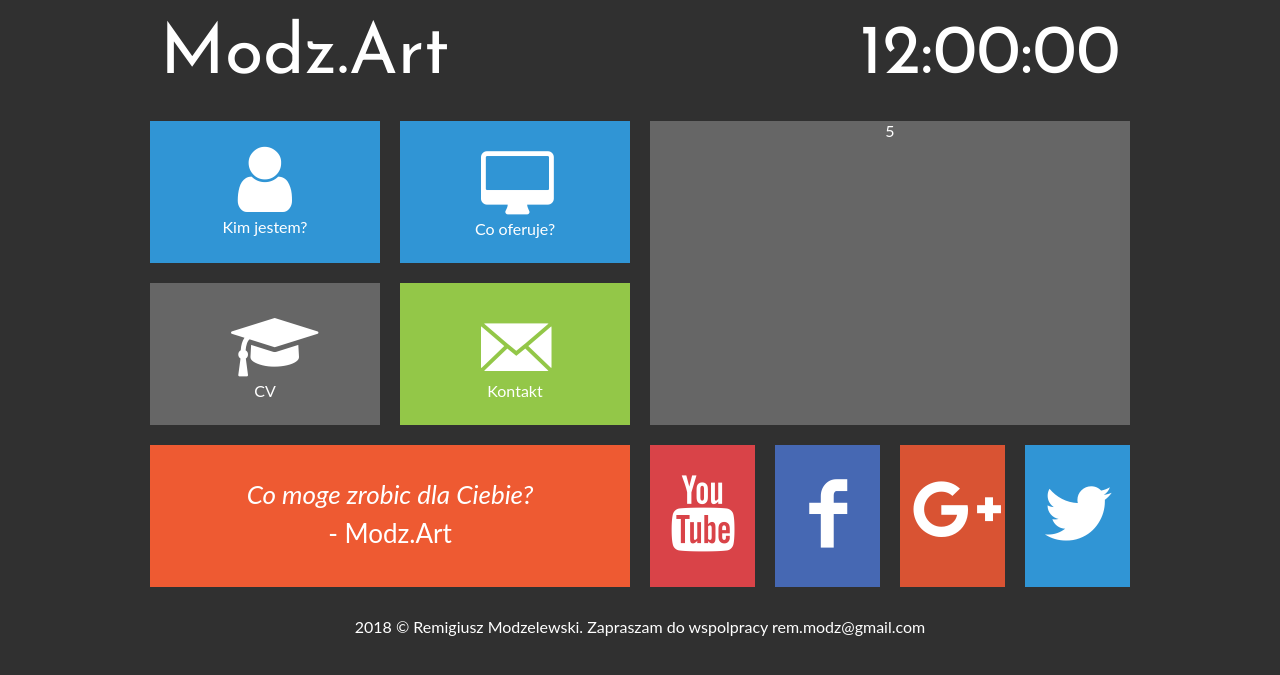
Repository: RemModz/Portfolio
Page: index.html
An editor plug-in stored every save of this project. The page is shown before and after the next save, followed by the edit.
The browser window is 1280 px wide. The pictures show the whole page.
The pointer rests on the first visible `.tile2`.

Above is the page before, as saved 2018-11-02 18:22:22.

### index.html
<!DOCTYPE html>
<html lang="en">
<head>
    <meta charset="UTF-8">
    <meta name="viewport" content="width=device-width, initial-scale=1.0">
    <meta http-equiv="X-UA-Compatible" content="ie=edge">
    <title>ModzArt - Portfolio</title>
    <meta name='description' content="Portfolio z tworczoscia Remka Modzelewskiego"/>
    <meta name='keywords' content="webdesign, webgraphics, drawing and vector art"/>

    <link rel="stylesheet" href="style.css" type="text/css"/>
    <link rel="stylesheet" href="/fontello/css/fontello.css" type="text/css"/>
    <link href="https://fonts.googleapis.com/css?family=Josefin+Sans&amp;subset=latin-ext" rel="stylesheet">
</head>
<body>
    <div id="container">

        <div class="rectangle">
            <div id="logo">Modz.Art</div>
            <div id="zegar">12:00:00</div>
            <div style="clear:both;"></div>
        </div>

        <div class="square">
            <div class="tile1">
                <i class="icon-user"></i><br />Kim jestem?
            </div>
            <div class="tile1">
                 <i class="icon-desktop"></i><br />Co oferuje?
                            </div>
            <div style="clear:both;"></div>

            <div class="tile2"><i class="icon-graduation-cap"></i><br />CV</div>
            <div class="tile3"><i class="icon-email"></i><br />Kontakt</div>
            <div style="clear:both;"></div>

            <div class="tile4"><i>Co moge zrobic dla Ciebie? </i><br /> - Modz.Art</div>
        </div>

        <div class="square">
            <div class="tile5">5</div>
            <div class="yt">
                <i class="icon-youtube"></i>
            </div>
            <div class="fb"><i class="icon-facebook"></i></div>
            <div class="gplus"><i class="icon-gplus"></i></div>
            <div class="tw"><i class="icon-twitter"></i></div>
            <div style="clear:both;"></div>



        </div>

        <div style="clear:both;"></div>

        <div class="rectangle"> 2018 &copy; </i> Remigiusz Modzelewski. Zapraszam do wspolpracy rem.modz@gmail.com </div>
    </div>
</body>
</html>

### style.css
body {
    background-color: #303030;
    color: #ffffff;
    font-family: 'Lato', sans-serif;
    font-size: 20px'
}

#container {
    width: 1000px;
    margin-left: auto;
    margin-right: auto;
}

.rectangle {
    width: 960PX;
    margin: 20pX;
    text-align: center;
}

.square {
    width: 50%;
    float: left;
}

#logo {
    float: left;
    font-family: 'Josefin Sans', sans-serif;
    font-size: 70px;
    width: 600;
    text-align: left;
}

#zegar {
    float: right;
    font-family: 'Josefin Sans', sans-serif;
    font-size: 70px;
    text-align: left;
}
.tile1 {
    margin: 10px;
    width: 230px;
    height: 142px;
    background-color: #3095d5;
    float: left;
    text-align: center;
}

.tile1:hover {
background-color: #2084c4;
}

.tile2 {
    margin: 10px;
    width: 230px;
    height: 142px;
    background-color: #666666;
    float: left;
    text-align: center;
}
.tile3 {
    margin: 10px;
    width: 230px;
    height: 142px;
    background-color: #93c748;
    float: left;
    text-align: center;
}

.tile4 {
    margin: 10px;
    width: 420px;
    height: 82px;
    padding: 30px;
    background-color: #ee5a32;
    text-align: center;
    font-size: 26px;
    line-height: 150%;


}

.tile5 {
    margin: 10px;
    width: 480px;
    height: 304px;
    background-color: #666666;
    text-align: center;
}

.yt {
    margin: 10px;
    width: 105px;
    height: 142px;
    background-color: #d94348;
    float: left;
}

.fb {
    margin: 10px;
    width: 105px;
    height: 142px;
    background-color: #4668b3;
    float: left;
}

.gplus {
    margin: 10px;
    width: 105px;
    height: 142px;
    background-color: #d95333;
    float: left;
}

.tw {
    margin: 10px;
    width: 105px;
    height: 142px;
    background-color: #3095d5;
    float: left;
}

### fontello/css/fontello.css
@font-face {
  font-family: 'fontello';
  src: url('../font/fontello.eot?17037671');
  src: url('../font/fontello.eot?17037671#iefix') format('embedded-opentype'),
       url('../font/fontello.woff2?17037671') format('woff2'),
       url('../font/fontello.woff?17037671') format('woff'),
       url('../font/fontello.ttf?17037671') format('truetype'),
       url('../font/fontello.svg?17037671#fontello') format('svg');
  font-weight: normal;
  font-style: normal;
}
/* Chrome hack: SVG is rendered more smooth in Windozze. 100% magic, uncomment if you need it. */
/* Note, that will break hinting! In other OS-es font will be not as sharp as it could be */
/*
@media screen and (-webkit-min-device-pixel-ratio:0) {
  @font-face {
    font-family: 'fontello';
    src: url('../font/fontello.svg?17037671#fontello') format('svg');
  }
}
*/

 [class^="icon-"]:before, [class*=" icon-"]:before {
  font-family: "fontello";
  font-style: normal;
  font-weight: normal;
  speak: none;

  display: inline-block;
  text-decoration: inherit;
  width: 1em;
  margin-right: .2em;
  text-align: center;
  /* opacity: .8; */

  /* For safety - reset parent styles, that can break glyph codes*/
  font-variant: normal;
  text-transform: none;

  /* fix buttons height, for twitter bootstrap */
  line-height: 1em;

  /* Animation center compensation - margins should be symmetric */
  /* remove if not needed */
  margin-left: .2em;

  /* you can be more comfortable with increased icons size */
  /* font-size: 120%; */

  /* Font smoothing. That was taken from TWBS */
  -webkit-font-smoothing: antialiased;
  -moz-osx-font-smoothing: grayscale;

  /* Uncomment for 3D effect */
  /* text-shadow: 1px 1px 1px rgba(127, 127, 127, 0.3); */
}

.icon-user:before { content: '\e800'; font-size: 76px; margin-top: 20px;} /* '' */
.icon-email:before { content: '\e801'; font-size: 68px; margin-top: 30px; } /* '' */
.icon-gmail:before { content: '\e802'; font-size: 68px; margin-top: 30px; } /* '' */
.icon-twitter:before { content: '\f099'; font-size: 76px; margin-top: 30px; } /* '' */
.icon-gplus:before { content: '\f0d5'; font-size: 68px; margin-top: 30px;} /* '' */
.icon-desktop:before { content: '\f108'; font-size: 68px; margin-top: 30px;} /* '' */
.icon-youtube:before { content: '\f167'; font-size: 76px; margin-top: 30px;} /* '' */
.icon-graduation-cap:before { content: '\f19d'; font-size: 68px; margin-top: 30px;} /* '' */
.icon-facebook:before { content: '\f30c'; font-size: 76px; margin-top: 30px;} /* '' */

After the next save:
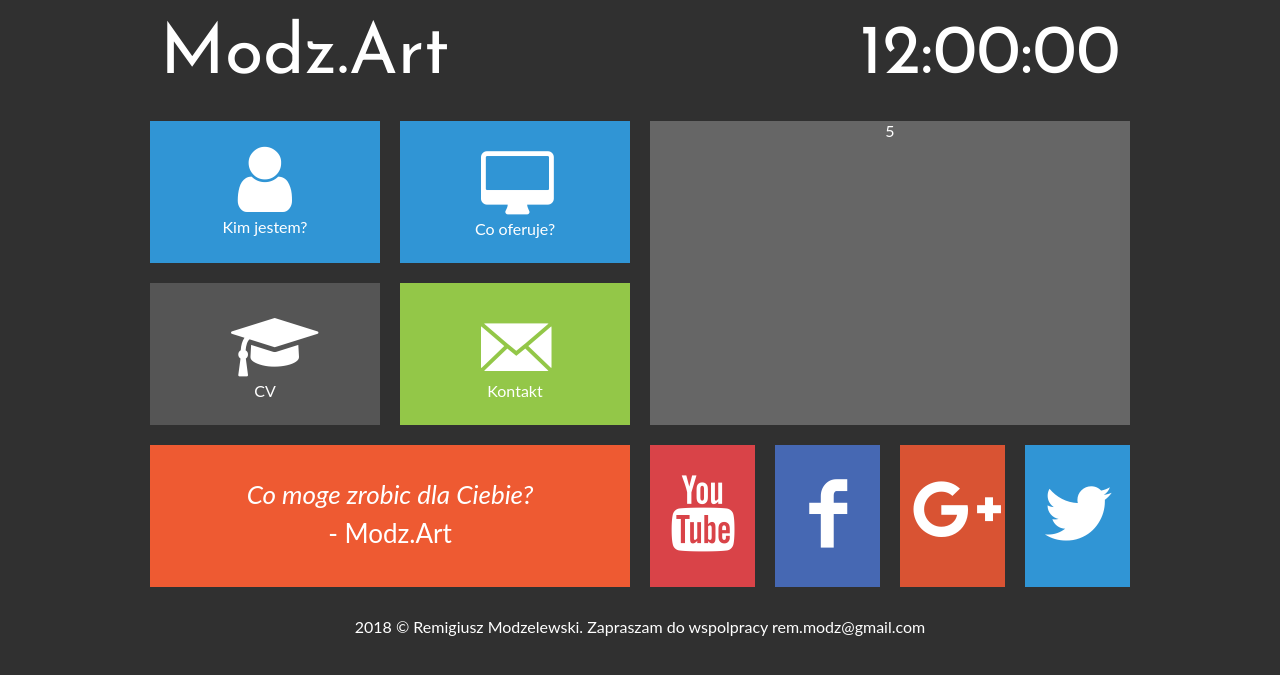
Saved 4 min 26 s later.
--- a/style.css
+++ b/style.css
@@ -57,6 +57,11 @@
     float: left;
     text-align: center;
 }
+
+.tile2:hover {
+    background-color: #555555;
+    }
+
 .tile3 {
     margin: 10px;
     width: 230px;
@@ -65,6 +70,9 @@
     float: left;
     text-align: center;
 }
+.tile3:hover {
+    background-color: #82b637;
+    }
 
 .tile4 {
     margin: 10px;
@@ -76,8 +84,11 @@
     font-size: 26px;
     line-height: 150%;
 
+}
 
-}
+.tile4:hover {
+    background-color: #dd4a21;
+    }
 
 .tile5 {
     margin: 10px;
@@ -86,6 +97,9 @@
     background-color: #666666;
     text-align: center;
 }
+.tile5:hover {
+    background-color: #555555;
+    }
 
 .yt {
     margin: 10px;
